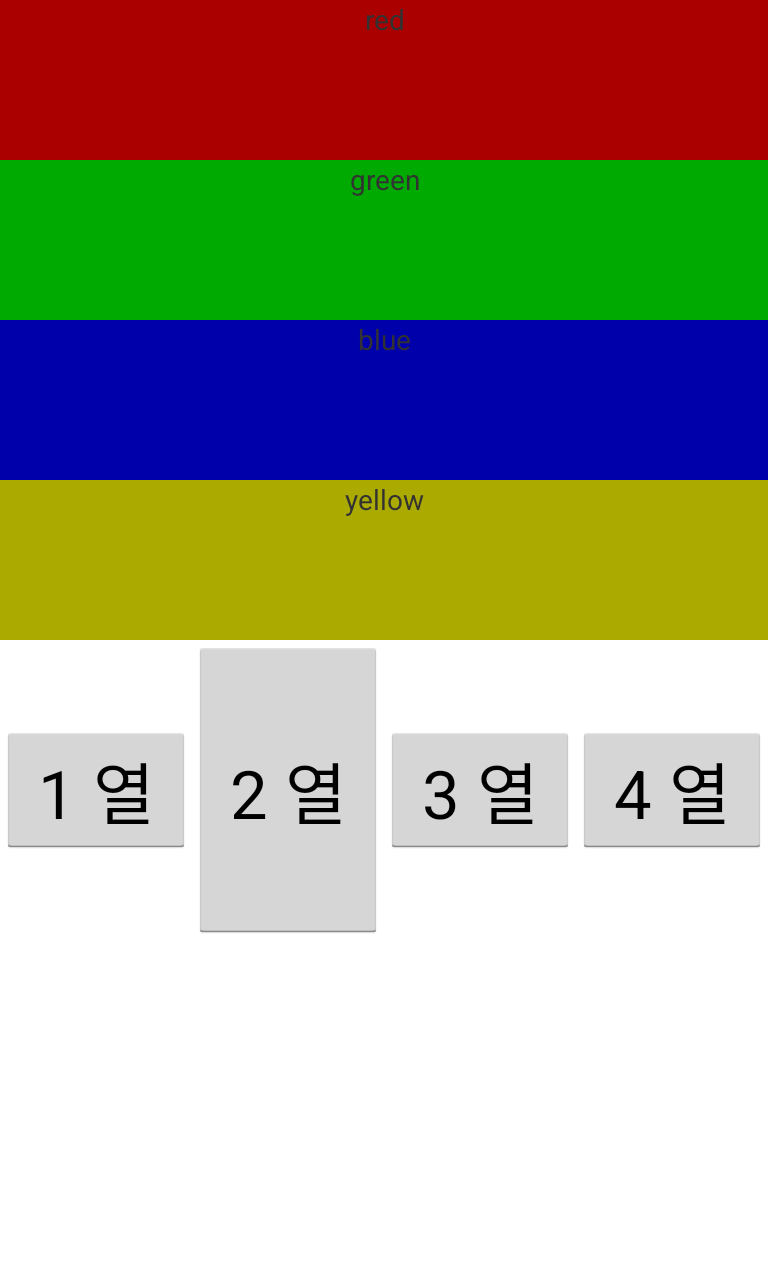
Repository: seunghaa02/allandroid
Layout: Part02/res/layout/linearlayoutmain.xml
The author's editor kept a copy of each file at every save. The layout is drawn from the files as they stood at one save, then again after the next save.
It is drawn on a 768 x 1280 px phone screen (xhdpi) without system bars, with theme android:Theme.Holo.Light; the app's code is not run.

Above is the layout before, as saved 2013-04-08 06:06:17.

After the next save:
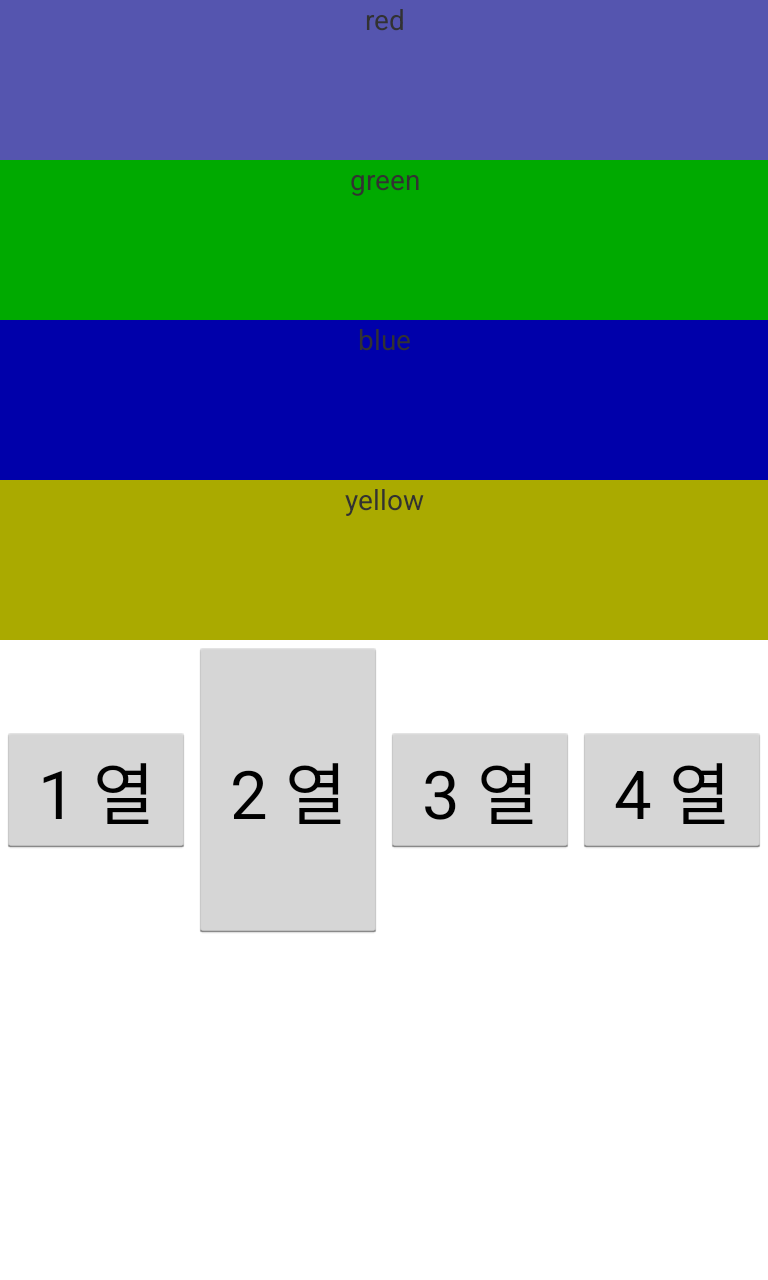
Saved 28 min 30 s later.
--- a/Part02/res/layout/linearlayoutmain.xml
+++ b/Part02/res/layout/linearlayoutmain.xml
@@ -13,7 +13,7 @@
       <TextView
           android:text="red"
           android:gravity="center_horizontal"
-          android:background="#aa0000"
+          android:background="#aa000088"
           android:layout_width="match_parent"
           android:layout_height="wrap_content"
           android:layout_weight="1"/>

After the save that followed:
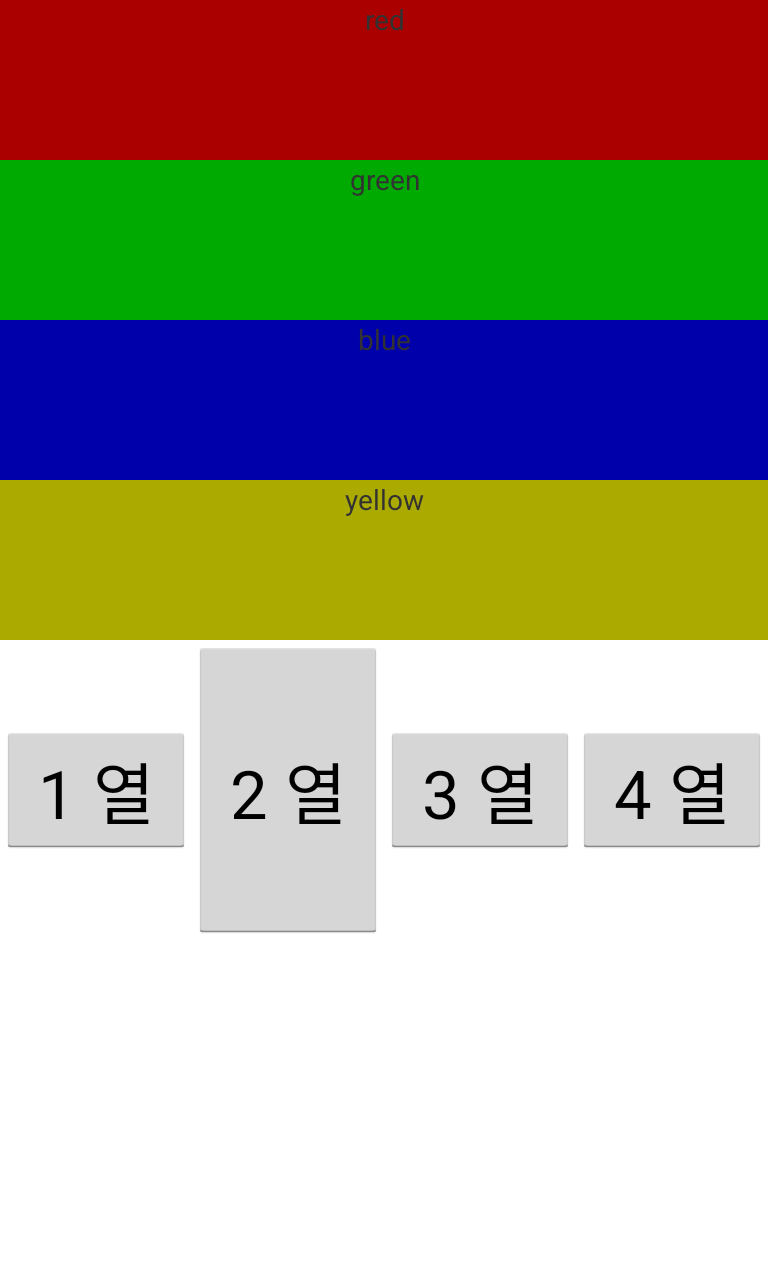
Saved 4 s later.
--- a/Part02/res/layout/linearlayoutmain.xml
+++ b/Part02/res/layout/linearlayoutmain.xml
@@ -13,7 +13,7 @@
       <TextView
           android:text="red"
           android:gravity="center_horizontal"
-          android:background="#aa000088"
+          android:background="#aa0000"
           android:layout_width="match_parent"
           android:layout_height="wrap_content"
           android:layout_weight="1"/>
